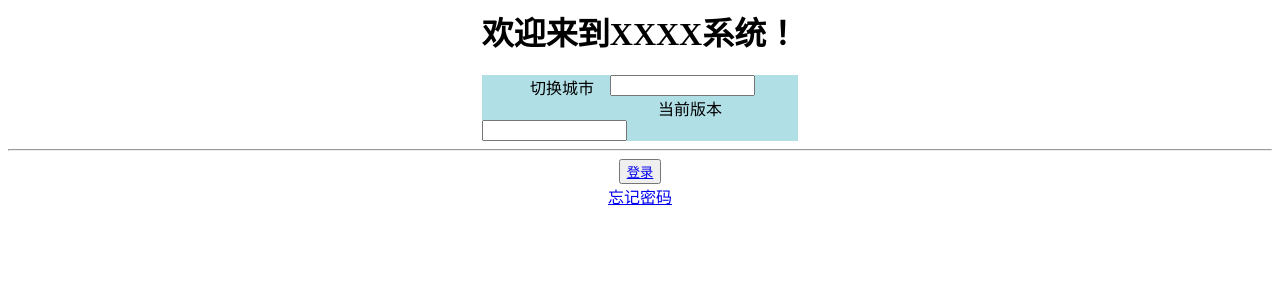
Repository: never-404/Intelligent-recommendation-system
Page: http://localhost/Intelligent-recommendation-system/mine.jsp
The author's editor kept a copy of each file at every save. The page is drawn from the files as they stood at one save, then again after the next save.
The browser window is 1280 px wide. The pictures show the whole page.
The page is served by Tomcat 9. Nobody is signed in. The application's start-up code is not run.

Above is the page before, as saved 2019-04-12 09:54:56.

After the next save:
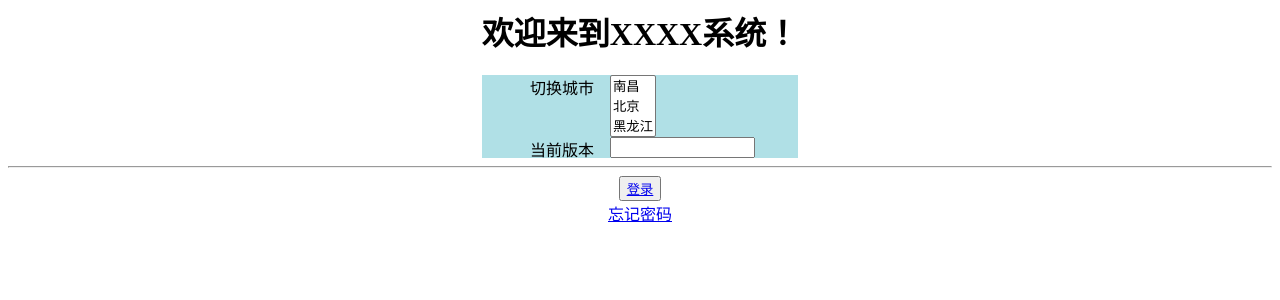
Saved 2 min 7 s later.
--- a/Intelligent-recommendation-system/WebRoot/mine.jsp
+++ b/Intelligent-recommendation-system/WebRoot/mine.jsp
@@ -34,8 +34,13 @@
 
 	<h1>欢迎来到XXXX系统！</h1>
     <div class="table">
-    	<lable>切换城市</lable><input type="text" name="number" size="15" maxlength="10">
-        <!--学号为10位-->
+    	<lable>切换城市</lable>
+    	<select size="3">
+    		<option>南昌</option>
+    		<option>北京</option>
+    		<option>黑龙江</option>
+    	</select>
+
         <br>
         <lable>当前版本</lable><input type="password" name="passport" size="15" maxlength="10">
         <br>
